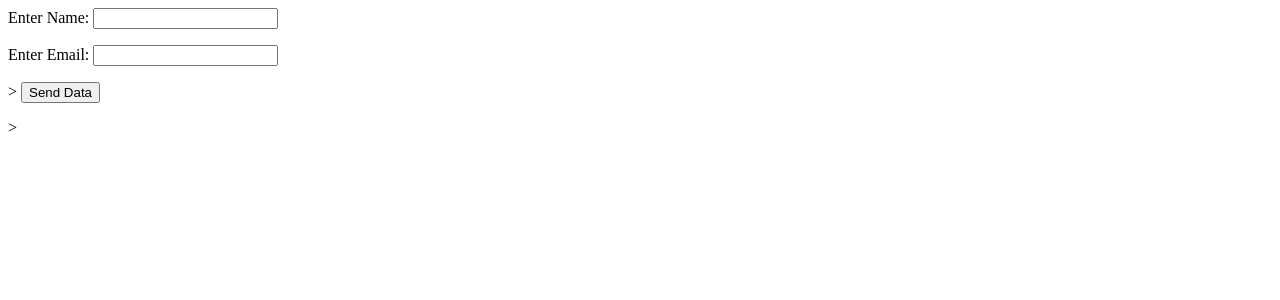
Repository: ace-archer/CIS261
Page: http://localhost/Week2Test.php
An editor plug-in stored every save of this project. The page is shown before and after the next save, followed by the edit.
The browser window is 1280 px wide. The pictures show the whole page.
The page is run by PHP 8.4 with error messages shown; the project is at /var/www/html/.

Above is the page before, as saved 2016-02-03 00:56:53.

After the next save:
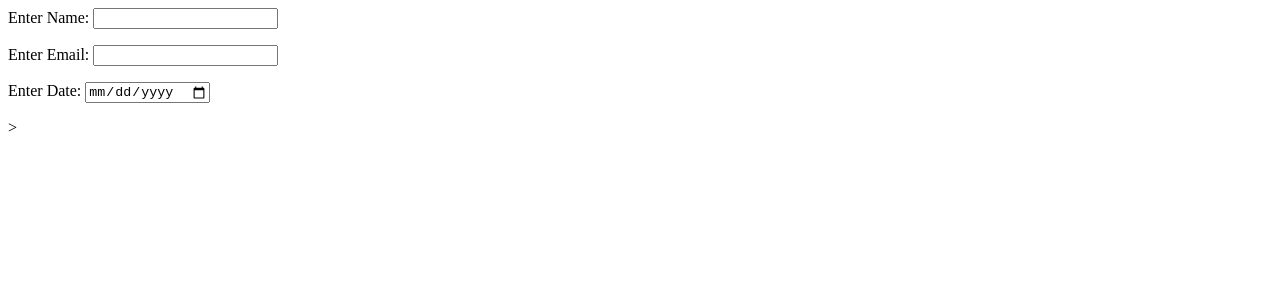
Saved 16 min 15 s later.
--- a/Week2/Week2PHP/Week2Test.php
+++ b/Week2/Week2PHP/Week2Test.php
@@ -2,7 +2,8 @@
 	<body>
 		<form action="Week2_Part2.php" method = "post">
 			<p>Enter Name: <input type="text" name="txtName"></p>
-			<p>Enter Email: <input type="email" name="txtEmail"></p>>
+			<p>Enter Email: <input type="email" name="txtEmail"></p>
+			<p>Enter Date: <input type="date" name="txtDate></p>
 			<input type="submit" value="Send Data"></input>
 
 		</form>>
